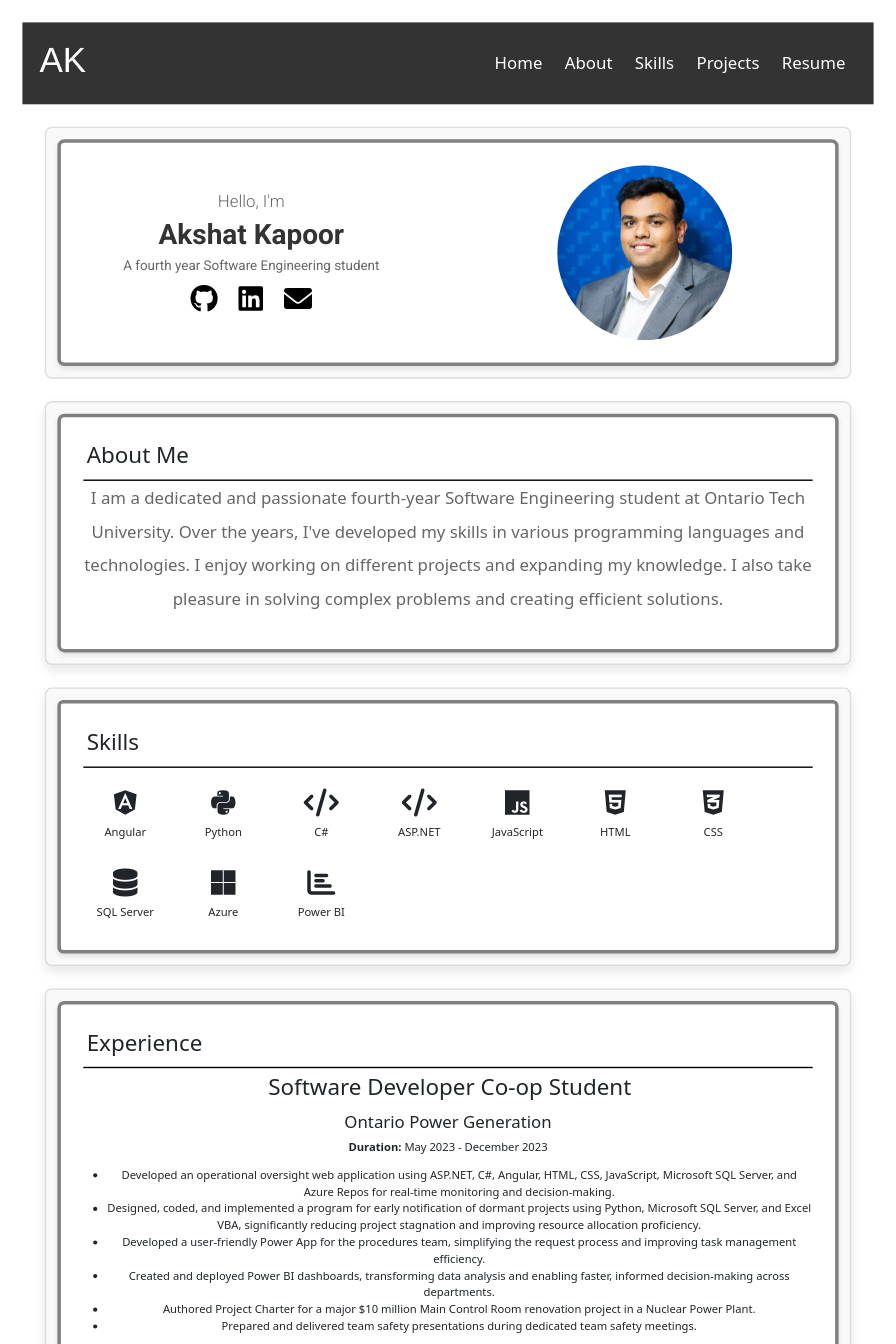
Repository: AkshatKapo/My-Portfolio
Page: /
An editor plug-in stored every save of this project. The page is shown before and after the next save, followed by the edit.
The browser window is 1280 px wide. The pictures show the part of the page from y = 0 to 1920 px (the page is 3289 px tall before and 3180 px after), at 70% of full size.
The project was rebuilt for these pictures with package versions that can differ from the ones it lists, and the page was loaded fresh each time. Also part of the build but not shown: vite.config.js.

Above is the page before, as saved 2024-06-19 09:02:58.

After the next save:
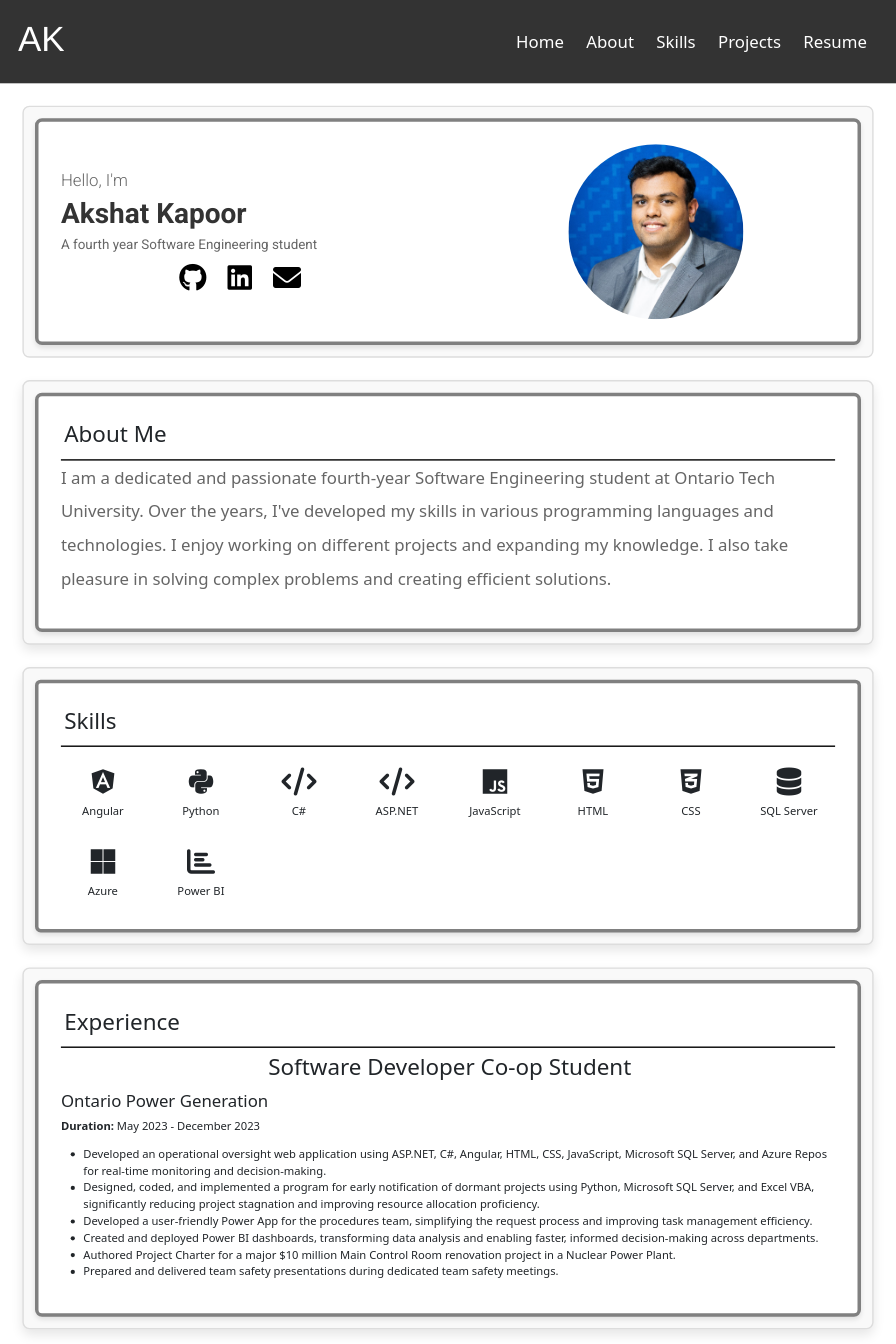
Saved 74 s later.
--- a/src/App.css
+++ b/src/App.css
@@ -1,10 +1,4 @@
-#root {
-  max-width: 1280px;
-  margin: 0 auto;
-  padding: 2rem;
-  text-align: center;
 
-}
 .reveal {
   opacity: 0;
   transform: translateY(100px);

After the save that followed:
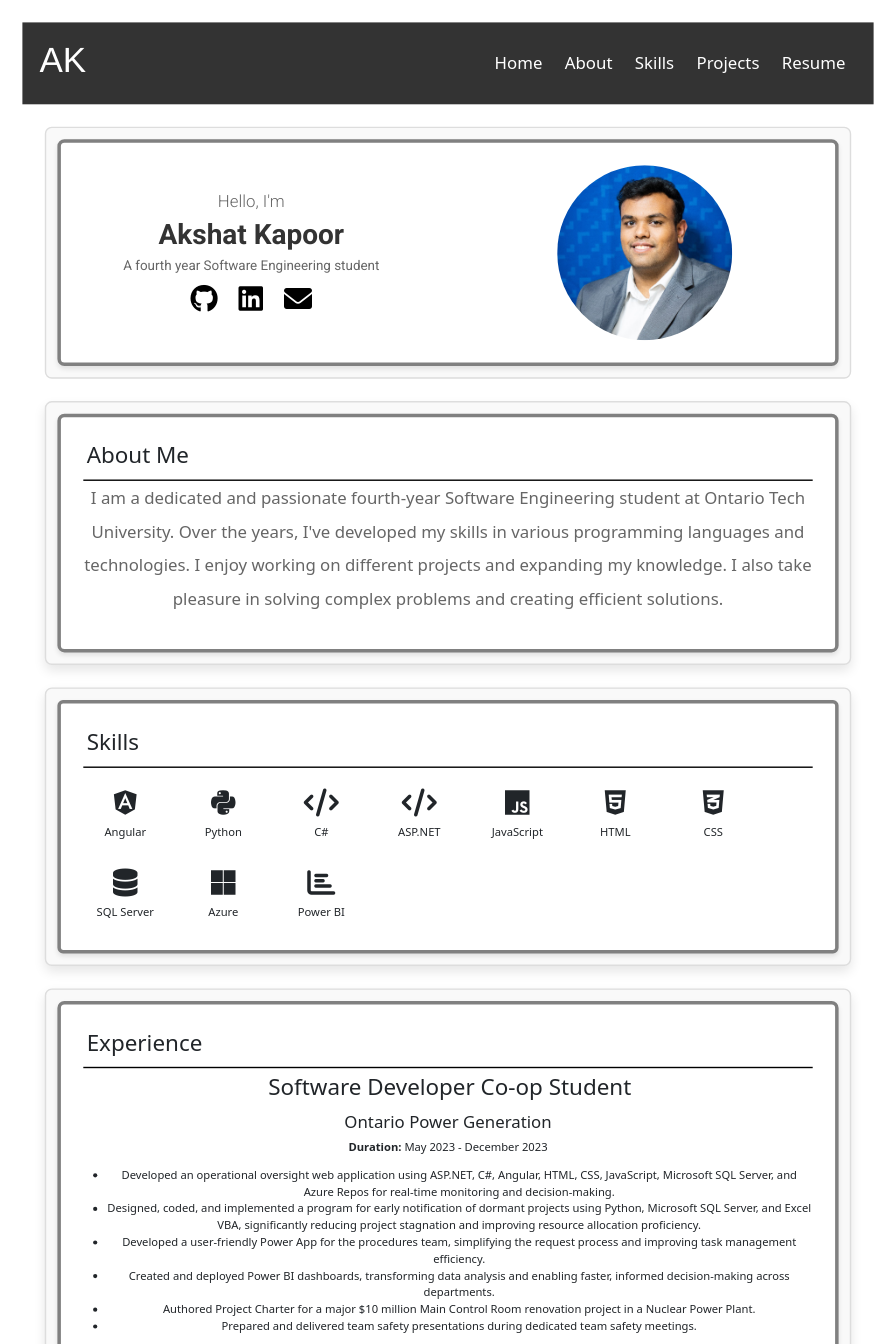
Saved 10 s later.
--- a/src/App.css
+++ b/src/App.css
@@ -1,4 +1,10 @@
+#root {
+  max-width: 1280px;
+  margin: 0 auto;
+  padding: 2rem;
+  text-align: center;
 
+}
 .reveal {
   opacity: 0;
   transform: translateY(100px);
